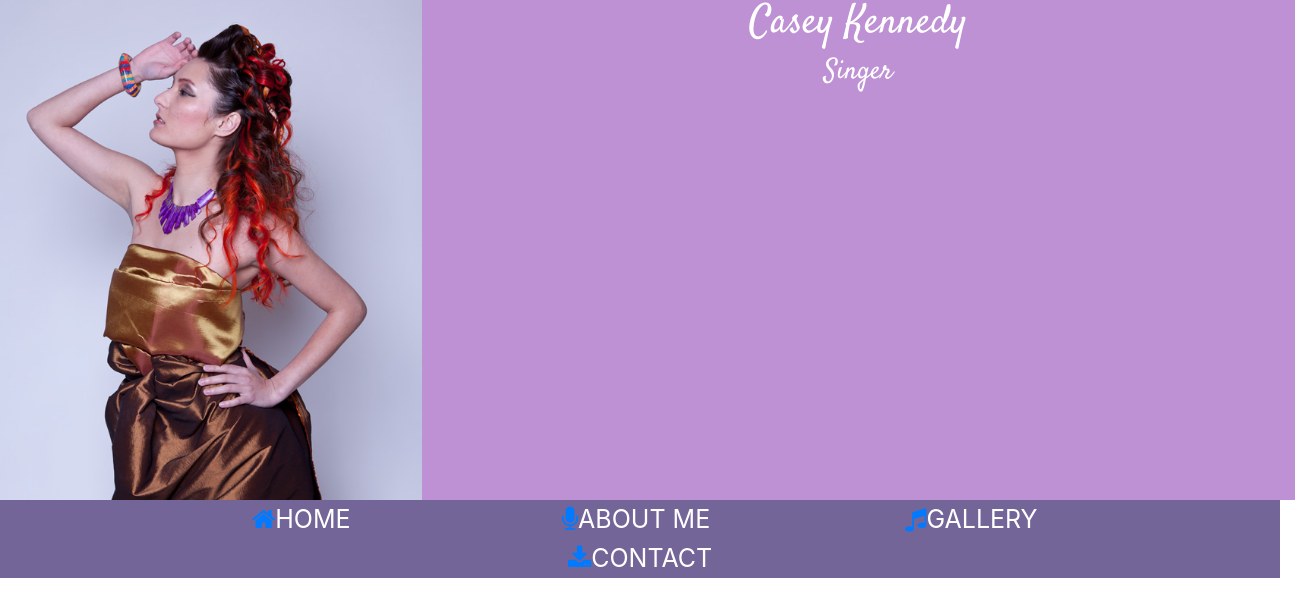
Repository: SheenaKennedy/Casey-Kennedy-s-Music-Page
Page: gallery.html
The author's editor kept a record of every edit. The page is drawn from the files as they stood at one moment, then again after the next edit.
The browser window is 1280 px wide. The page is 1295 px wide, so the pictures cover 1295 px, including what lies to the right of the window. The pictures show the part of the page from y = 0 to 594 px (the page is 1236 px tall).
Pictures or frames that could not be fetched are drawn as grey boxes.

Above is the page before.

After the next edit:
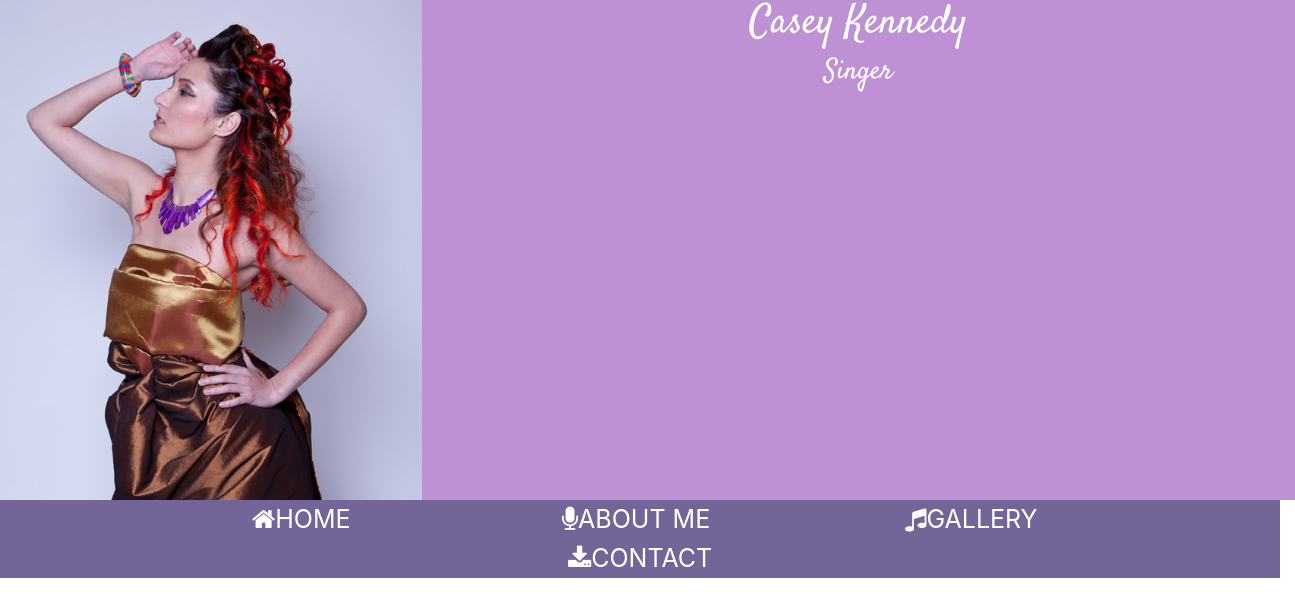
The edit:
--- a/assets/css/style.css
+++ b/assets/css/style.css
@@ -46,7 +46,6 @@
     color: white;
 }
 
-.menuitem {
+i {
     color: white;
-
 }
